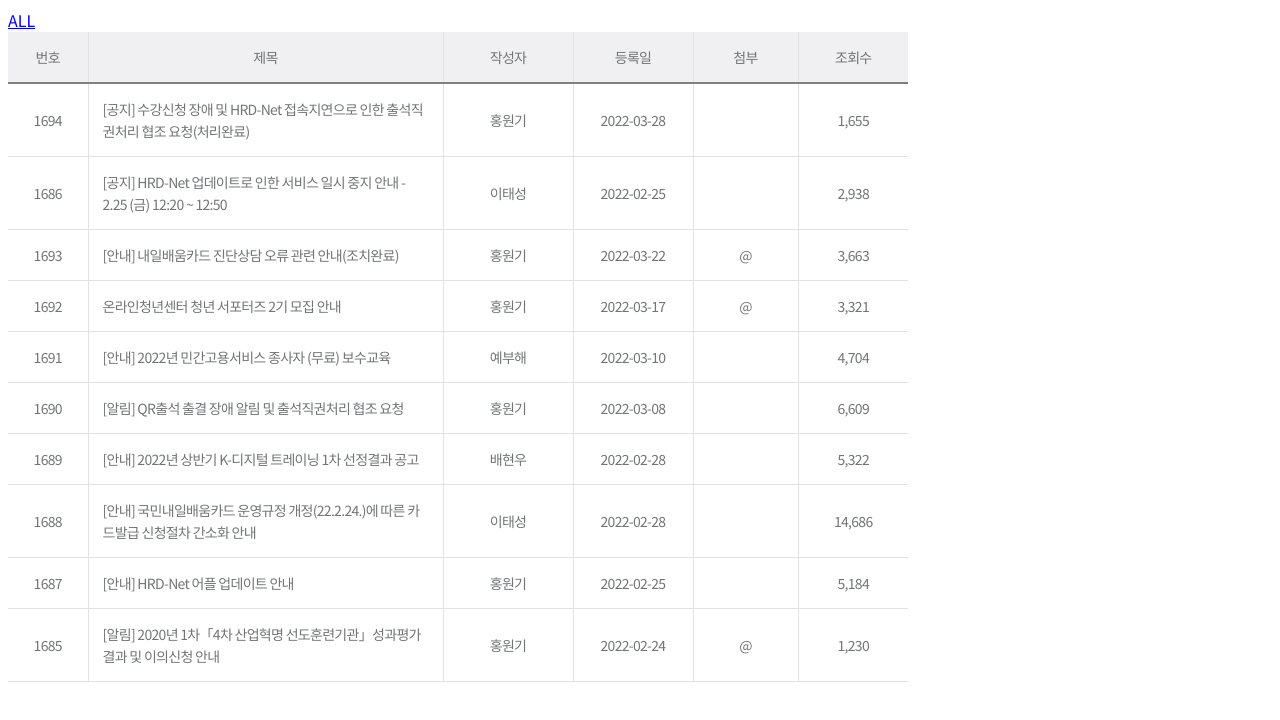
Repository: itkezi/HTML_2022_505
Page: Web/WebContent/HTML/0331_EX.html
The author's editor kept a copy of each file at every save. The page is drawn from the files as they stood at one save, then again after the next save.
The browser window is 1280 px wide. The pictures show the whole page.

Above is the page before, as saved 2022-03-31 05:54:33.

After the next save:
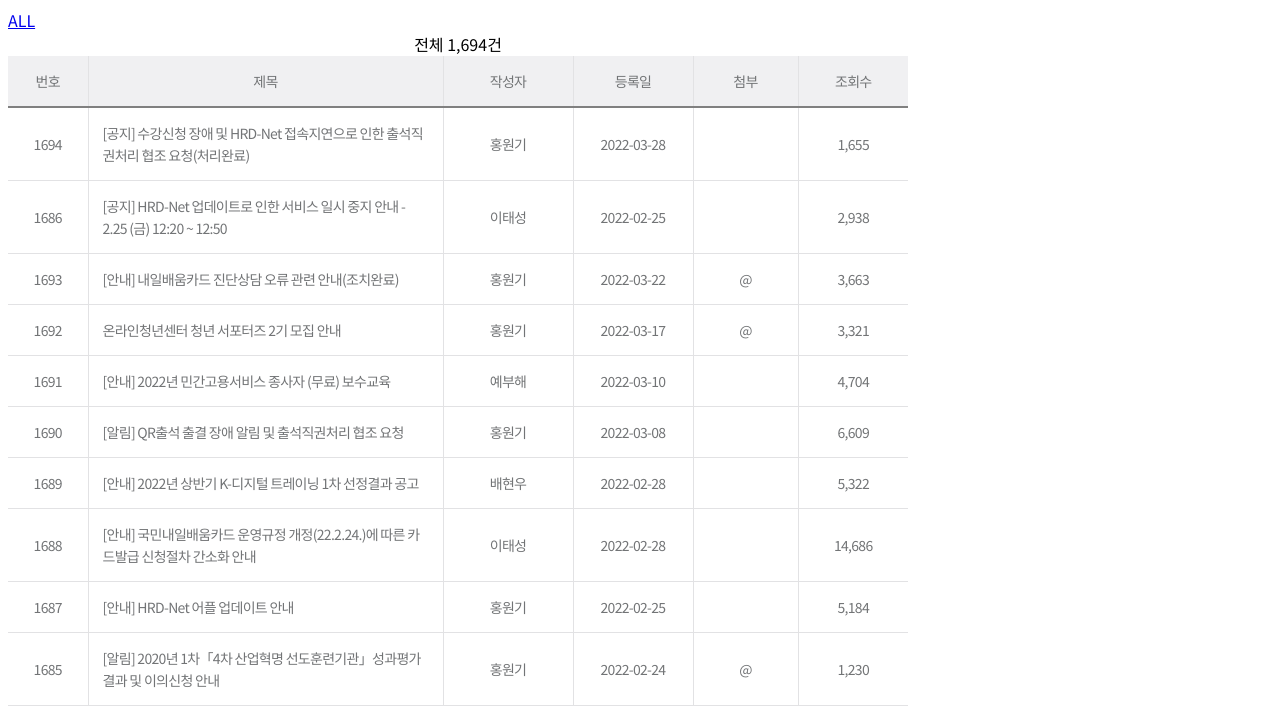
Saved 2 min 24 s later.
--- a/Web/WebContent/HTML/0331_EX.html
+++ b/Web/WebContent/HTML/0331_EX.html
@@ -63,6 +63,7 @@ table a:hover {
 	<br>
 
 	<table>
+	<caption>전체 <span>1,694</span>건</caption>
 		<colgroup>
 			<col width='80px'>
 			<col width='355px'>
